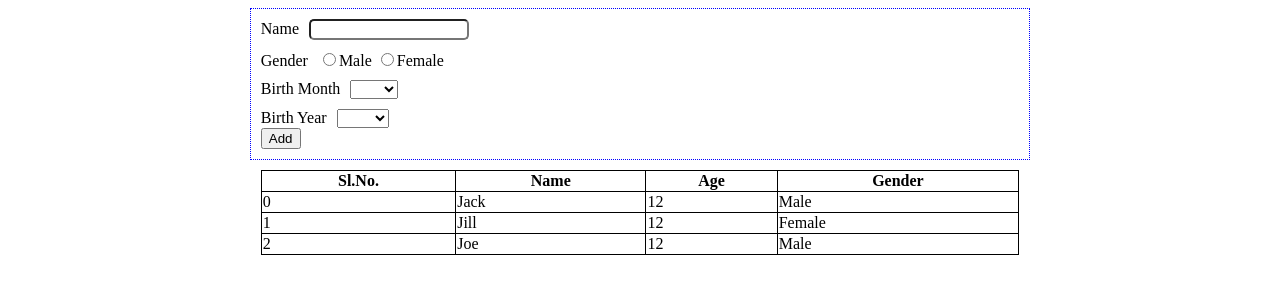
Repository: tysonpaul89/vue-student-crud
Page: /
An editor plug-in stored every save of this project. The page is shown before and after the next save, followed by the edit.
The browser window is 1280 px wide. The pictures show the whole page.
The project was rebuilt for these pictures with package versions that can differ from the ones it lists, and the page was loaded fresh each time.

Above is the page before, as saved 2020-04-11 11:14:10.

After the next save:
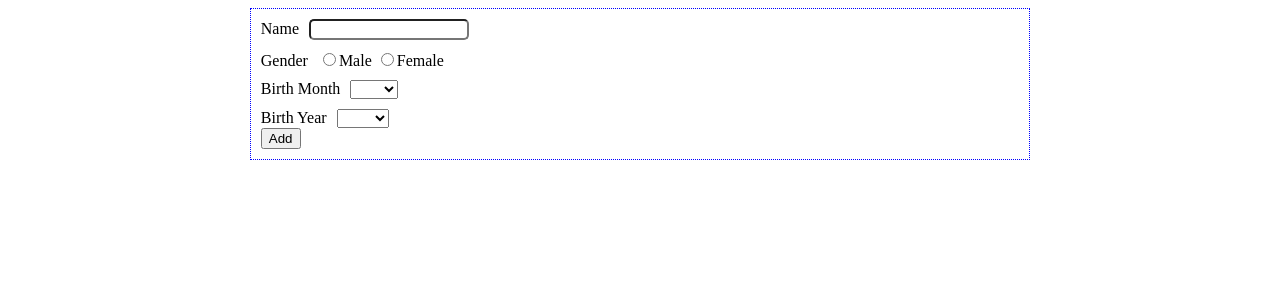
Saved 52 s later.
--- a/src/App.vue
+++ b/src/App.vue
@@ -1,6 +1,6 @@
 <template>
   <div id="app">
-    <StudentForm :studentFormData="addStudent"/>
+    <StudentForm :studentFormData="addStudent($event)"/>
     <StudentListng :studentArray="students" />
   </div>
 </template>

After the save that followed:
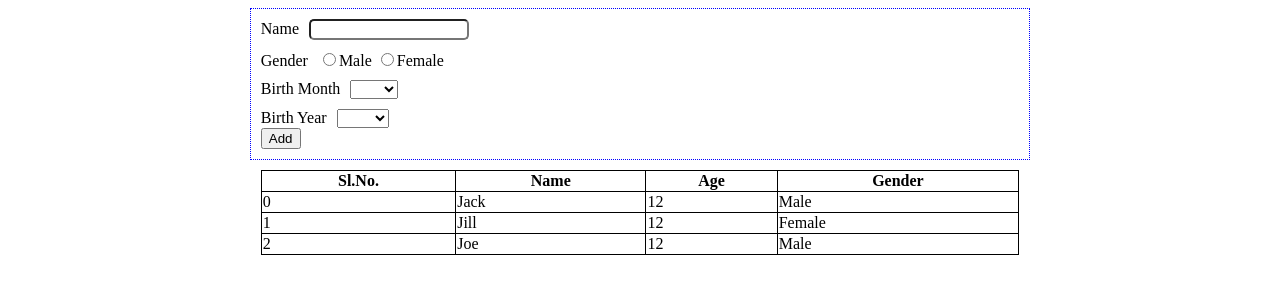
Saved 27 s later.
--- a/src/App.vue
+++ b/src/App.vue
@@ -1,6 +1,6 @@
 <template>
   <div id="app">
-    <StudentForm :studentFormData="addStudent($event)"/>
+    <StudentForm :studentFormData="addStudent"/>
     <StudentListng :studentArray="students" />
   </div>
 </template>
